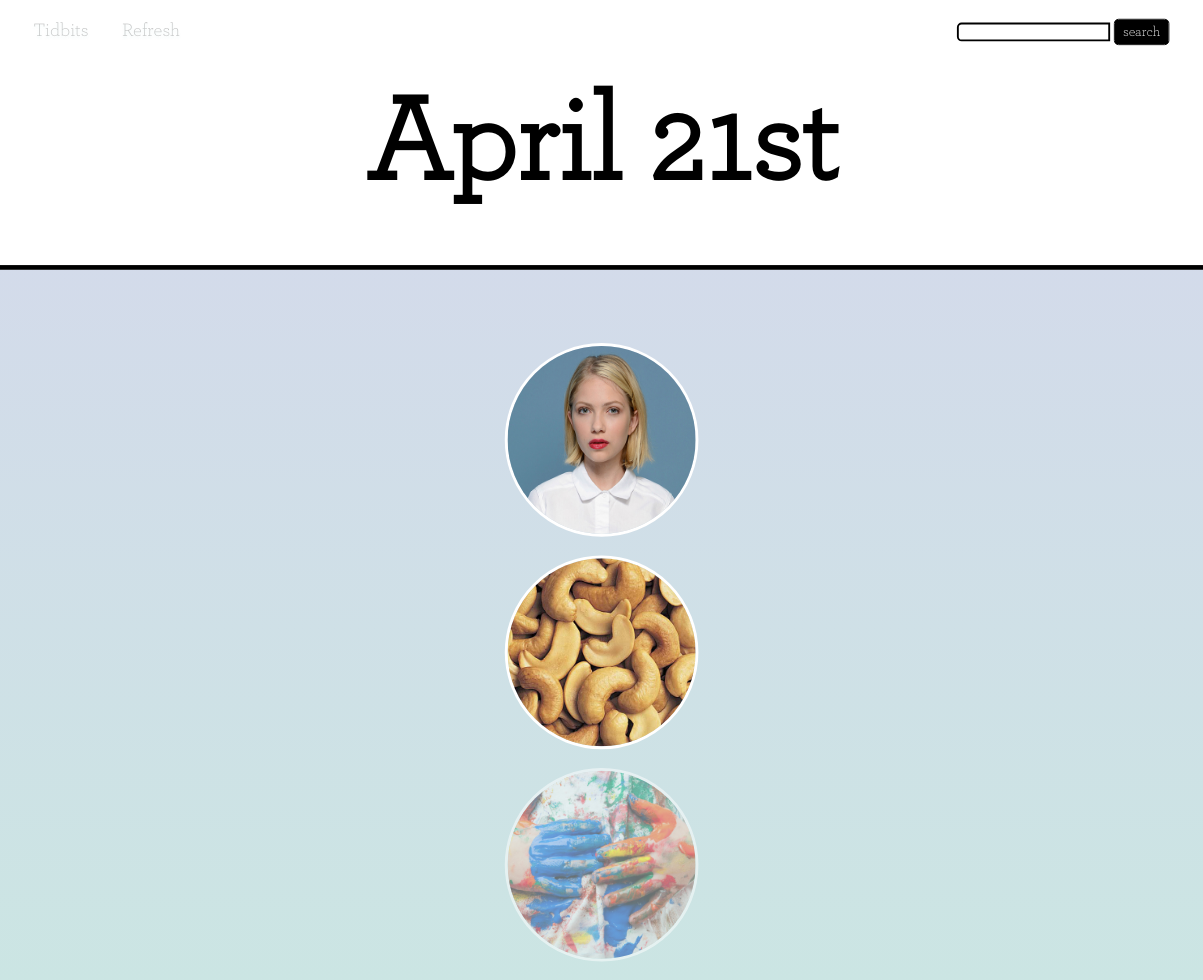
Repository: kklasmei/kklasmei.github.io
Page: tidbits/april21.html
The author's editor kept a record of every edit. The page is drawn from the files as they stood at one moment, then again after the next edit.
The browser window is 1280 px wide. The pictures show the whole page, at 94% of full size.
The pointer rests on the first visible `#kinder`.

Above is the page before.

### tidbits/april21.html
<html>
    <head>
        <title>April 21</title>
        <link rel="stylesheet" href="tidbits.css">
        <link rel="stylesheet" href="jstyle.css"/>
  <meta charset="utf-8">
    </head>
    <body>
     <div id= "top">
         <div id="search">
		<form id="searchbody" method="get" action="home.html">
		        <input type="text" class="bar" maxlength="70">
		        <input type="submit" value="search" class="button">
		</form>
		    	<p1><a href="home.html">Tidbits</a></p1>
		    	<p1><a href="april21.html">Refresh</a></p1>

	<div class="tfclear"></div>
	</div>
        <h1> April 21st </h1>
        <br>
        <br>
        <br>
        <hr>
        </div>
    	<br>

        <div class="imgs">
        </div>

    <div id= "tavitext">
        <p1>happy birthday</p1>
    </div>

    <script src="jquery.js"></script>
    <script src="script.js"></script>
    </body>
</html>

### tidbits/tidbits.css
@font-face {
  font-family: 'Archer-Light';
  src: url('Archer-Light/Archer-Light.eot?#iefix') format('embedded-opentype'),  url('Archer-Light/Archer-Light.otf')  format('opentype'),
	     url('Archer-Light/Archer-Light.woff') format('woff'), url('Archer-Light/Archer-Light.ttf')  format('truetype'), url('Archer-Light/Archer-Light.svg#Archer-Light') format('svg');
  font-weight: normal;
  font-style: normal;
}

h1 {
    text-align: center;
    font-size: 130px;
    padding-top: 10;
    margin-bottom: -10;
    margin-top: 0;
    font-family: 'Archer-Light';
    color: #000;
    cursor: default;
}

h2 {
    text-align: center;
    font-size: 14;
    font-family: 'Archer-Light';
    padding-bottom: 8;
    padding-top: -40;
    margin: 0;
    cursor: default;
}

body {
    margin: 0;
    padding: 0;
 background-image: no-repeat -webkit-gradient(linear, 0 0, 0 100%, from(#d6d7ed), to(#cbe5e3)) fixed center;
 background-image: -webkit-linear-gradient(#d6d7ed, #cbe5e3) fixed center;
 background-image: linear-gradient(#d6d7ed, #cbe5e3);
    background-repeat: no-repeat, no-repeat, no-repeat;
    background-position: center;
}


hr {
    margin-bottom: 40;
    width: 100%;
    color: #000;
    display: block;
    height: 5px;
    background-color: black;
    border: none;
}

#submit {
    text-align: center;
    border-radius: 8px;
}


.month, .day {
    display: inline;
}

.date {
    text-align: center;
}

#searchbody {
	float: right;
	padding-right: 2%;
	padding-top: 20px;
	margin-right: 10px;
}

option {
    font-size: 30px;
}

.bar {
		margin: 0;
		padding: 1px 10px;
		font-family: 'Archer-Light';
		font-size: 12px;
		border: 2px solid #000;
		border-right: -7px;
		border-top-left-radius: 5px 5px;
		border-bottom-left-radius: 5px 5px;
		background-color: transparent;
}

.bar:focus {
    outline: none;
}

.button {
		margin: 0;
		font-family: 'Archer-Light';
		cursor: pointer;
		text-align: center;
		outline: none;
		color: #fff;
		border: solid 1px #000;
		background: #99c7c8;
		background: -webkit-gradient(linear, left top, left bottom, from(#000), to(#000));
		background: -moz-linear-gradient(top,  #cbe5e3,  #cbe5e3);
		border-top-right-radius: 5px 5px;
		border-bottom-right-radius: 5px 5px;
		border-top-left-radius: 5px 5px;
		border-bottom-left-radius: 5px 5px;
	}

input[value="view gallery"] {
    font-size: 20px;
	padding: 8px 12px;

}

input[value="search"] {
    font-size: 15px;
    padding: 4px 9px;
}

	.tfbutton:hover {
		text-decoration: none;
		background: #99c7c8;
		background: -webkit-gradient(linear, left top, left bottom, from(#99c7c8), to(#99c7c8));
		background: -moz-linear-gradient(top,  #99c7c8,  #99c7c8);
	}
	/* Fixes submit button height problem in Firefox */
	.tfbutton::-moz-focus-inner {
	  border: 0;
	}
	.tfclear{
		clear:both;
	}

p1 {
    font-family: 'Archer-Light';
    float: left;
    font-size: 20;
    padding-top: 20px;
    margin-left: 10px;
    padding-left: 2%;
    opacity: .6;
    background-color: #565656;
    color: transparent;
    text-shadow: 0px 2px 3px rgba(167,219,219,.5);
  -webkit-background-clip: text;
     -moz-background-clip: text;
          background-clip: text;
}

p1, #searchbody {
    display: inline;
}

.imgs {
     display: block;
     margin-left: auto;
     margin-right: auto;
}

.month select {
  background: #fff;
  width: 275px;
  height: 60px;
  font-family: 'Archer-Light';
  padding-left: 15px;
  font-size: 40px;
	border: 2px solid #000;   border-radius: 10;
  -webkit-appearance: none;
  color: #000;
  cursor: pointer;
}

.month {
  width: 140px;
  height: 64px;
  overflow: hidden;
  /*background: url("imgs/triangle.png") no-repeat right #fff;*/
  border: 0px solid #000;
  border-radius: 4px;
  cursor: pointer;
  padding-right: 10;
}

.day select {
  background: #fff;
  width: 95px;
  height: 60px;
  font-family: 'Archer-Light';
  padding-left: 15px;
  font-size: 40px;
	border: 2px solid #000;   border-radius: 10;
  -webkit-appearance: none;
  color: #000;
  cursor: pointer;
}

.day {
  width: 140px;
  height: 64px;
  overflow: hidden;
  background: url("imgs/triangle.png") no-repeat right #fff;
  border: 0px solid #000;
  border-radius: 4px;
}

a:link {
    opacity: .6;
    background-color: #565656;
    color: transparent;
    text-decoration: none;
    text-shadow: 0px 2px 3px rgba(167,219,219,.5);
  -webkit-background-clip: text;
     -moz-background-clip: text;
    background-clip: text;
}

a:visited {
    opacity: .6;
    background-color: #565656;
    color: transparent;
    text-decoration: none;
    text-shadow: 0px 2px 3px rgba(167,219,219,.5);
  -webkit-background-clip: text;
     -moz-background-clip: text;
    background-clip: text;
}

a:hover {
    opacity: .6;
    background-color: #99c7c8;
    color: transparent;
    text-decoration: none;
    text-shadow: 0px 2px 3px rgba(167,219,219,.5);
  -webkit-background-clip: text;
     -moz-background-clip: text;
    background-clip: text;
}

a:active {
    opacity: .6;
    background-color: #565656;
    color: transparent;
    text-decoration: none;
    text-shadow: 0px 2px 3px rgba(167,219,219,.5);
  -webkit-background-clip: text;
     -moz-background-clip: text;
    background-clip: text;
}

#top {
    background-color: #fff;
}


#tavi {
  border-radius: 50%;
  border-color: #fff;
  border-style: solid;
  margin: 20px;
  display: block;
    margin-left: auto;
    margin-right: auto;
}

#tavi:hover {
    opacity: .5;
    }

#library {
  border-radius: 50%;
  border-color: #fff;
  border-style: solid;
  margin: 20px;
  display: block;
    margin-left: auto;
    margin-right: auto;
}

#library:hover {
    opacity: .5;
    }

#worldsfair {
  border-radius: 50%;
  border-color: #fff;
  border-style: solid;
  margin: 20px;
  display: block;
    margin-left: auto;
    margin-right: auto;
}

#worldsfair:hover {
    opacity: .5;
    }

#kinder{
  border-radius: 50%;
  border-color: #fff;
  border-style: solid;
  margin: 20px;
  display: block;
    margin-left: auto;
    margin-right: auto;
}

#kinder:hover {
    opacity: .5;
    }

#cashews {
  border-radius: 50%;
  border-color: #fff;
  border-style: solid;
  margin: 20px;
  display: block;
    margin-left: auto;
    margin-right: auto;
}

#textcontent {
    display: table-cell;
    opacity: 0;
}

#textcontent:hover {
    opacity: 1;
}

.myArray {
    display: block;
    margin-left: auto;
    margin-right: auto;
}

### tidbits/jstyle.css
.hidden {
    display: none !important;
    visibility: hidden;
}

### tidbits/script.js
/*var clicked = false;


$ ( "#toggle" ).click(function() {
if (clicked == false) {
    $( "#status" ).html( "GO" );
    $( "#status" ).css({"background-color" : "lime"});
    $( "#toggle").html("Stop");
    $( "#status" ).mousemove(function() {
        $( "#cat" ).show () });
    clicked = true
} else {
    $( "#status" ).html( "STOP" );
    $( "#status" ).css({"background-color" : "red"});
    $( "#toggle").html("Start");
    $( "#status" ).html(function() {
        $( "#cat").remove () });
    clicked  = false
}

});

*/

var myArray = ['<img id="tavi" src="imgs/tavi.jpg" data-alt-src="himgs/tavi.jpg" class="tavi" height="200" width="200">', '<img id="worldsfair" src="imgs/worldsfair.jpg" class="worldsfair" height="200" width="200">', '<img id="library" src="imgs/library.jpg" class="library" height="200" width="200">', '<img id="kinder" src="imgs/kinder.jpg" class="kinder" height="200" width="200">', '<img id="cashews" src="imgs/cashews.jpg" data-alt-src="himgs/cashews.jpg" class="cashews" height="200" width="200">'];

for (var i=0; i < 3; i++) {

    var imgtoappend = Math.floor(Math.random() * myArray.length);
    console.log("imgtoappend = " + imgtoappend);
    console.log("APPEND THIS IMAGE: " + myArray[imgtoappend]);
    $(".imgs").append(myArray[imgtoappend]);
        console.log(myArray);
    myArray.splice(imgtoappend, 1);
        console.log(myArray);
}

$( "#tavitext" ) .remove ();


var sourceSwap = function () {
    var $this = $(this);
    var newSource = $this.data('alt-src');
    $this.data('alt-src', $this.attr('src'));
    $this.attr('src', newSource);
}

$(function () {
    $('img.cashews').hover(sourceSwap, sourceSwap);
});

$(function () {
    $('img.tavi').hover(sourceSwap, sourceSwap);
});

Loaded but not shown: tidbits/jquery.js (library)

After the next edit:
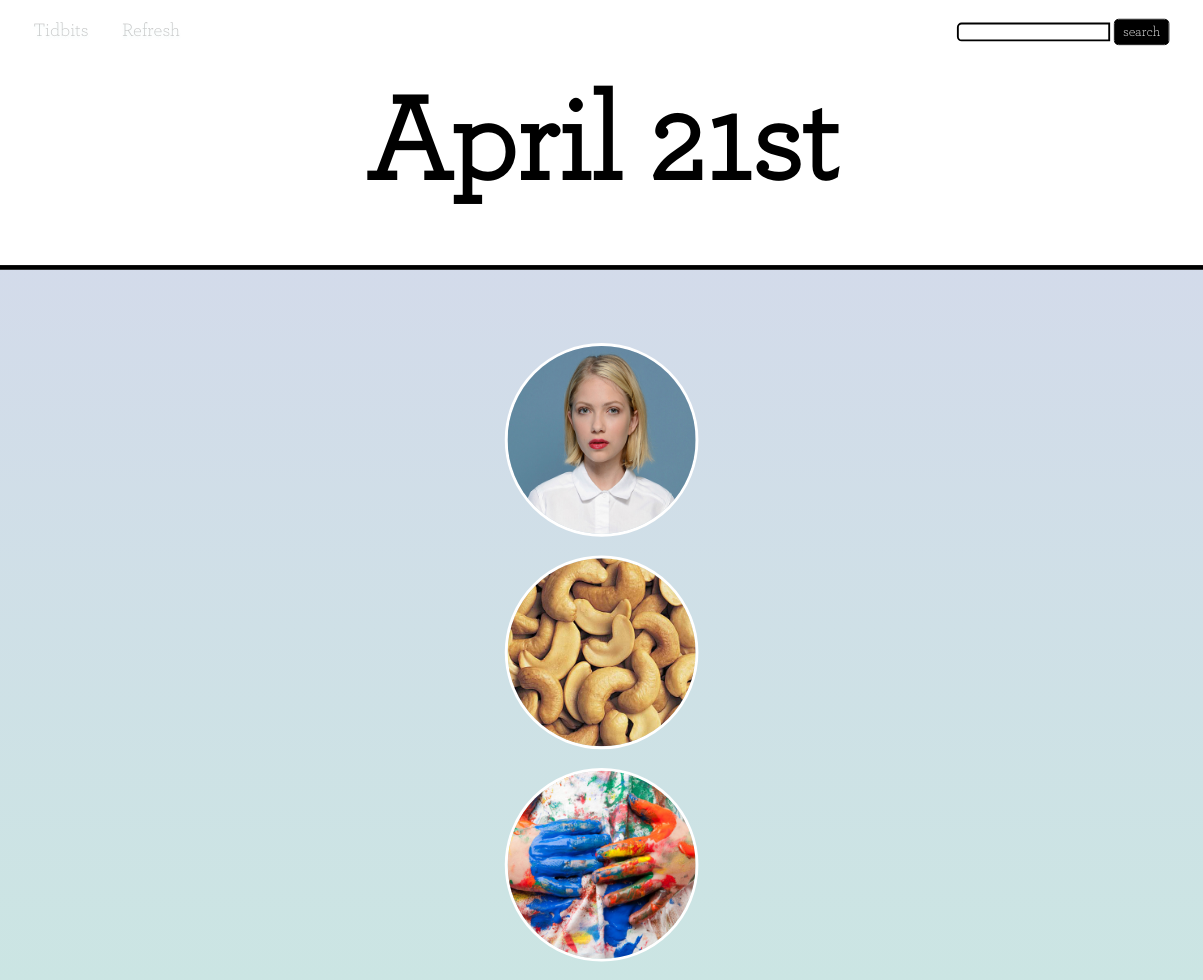
The edit:
--- a/tidbits/tidbits.css
+++ b/tidbits/tidbits.css
@@ -304,9 +304,6 @@
     margin-right: auto;
 }
 
-#kinder:hover {
-    opacity: .5;
-    }
 
 #cashews {
   border-radius: 50%;
